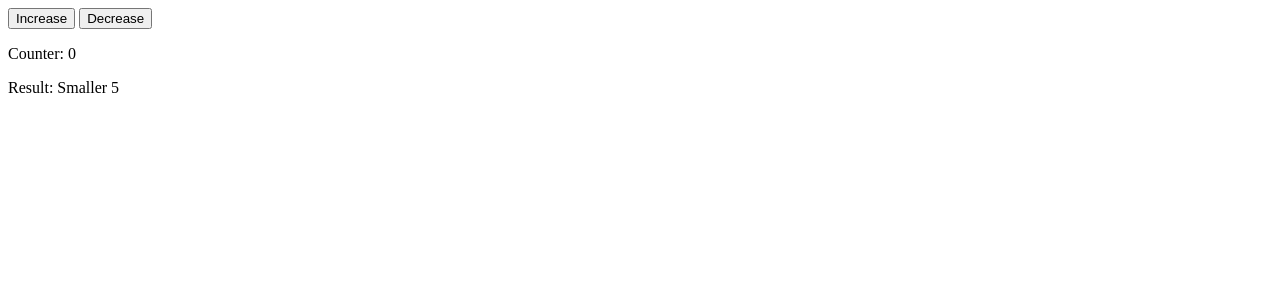
Repository: wojkos/Learn
Page: Vue/index4.html
The author's editor kept a copy of each file at every save. The page is drawn from the files as they stood at one save, then again after the next save.
The browser window is 1280 px wide. The pictures show the whole page.

Above is the page before, as saved 2018-04-09 23:55:53.

After the next save:
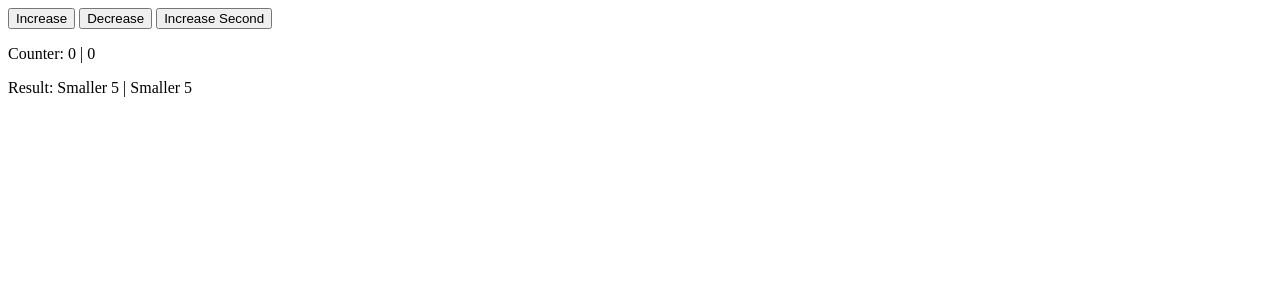
Saved 6 min 0 s later.
--- a/Vue/index4.html
+++ b/Vue/index4.html
@@ -12,8 +12,9 @@
     <div id="app">
         <button v-on:click="counter++">Increase</button>
         <button v-on:click="counter--">Decrease</button>
-        <p>Counter: {{ counter }}</p>
-        <p>Result: {{ result() }}</p>
+        <button v-on:click="secondCounter++">Increase Second</button>
+        <p>Counter: {{ counter }} | {{secondCounter}}</p>
+        <p>Result: {{ result() }} | {{ output }}</p>
     </div>
 
 
@@ -21,7 +22,13 @@
         new Vue({
             el: '#app',
             data: {
-                counter: 0
+                counter: 0,
+                secondCounter: 0
+            },
+            computed: {
+                output: function() {
+                    return this.counter > 5 ? "Greater 5" : 'Smaller 5'
+                }
             },
             methods: {
                 result() {
